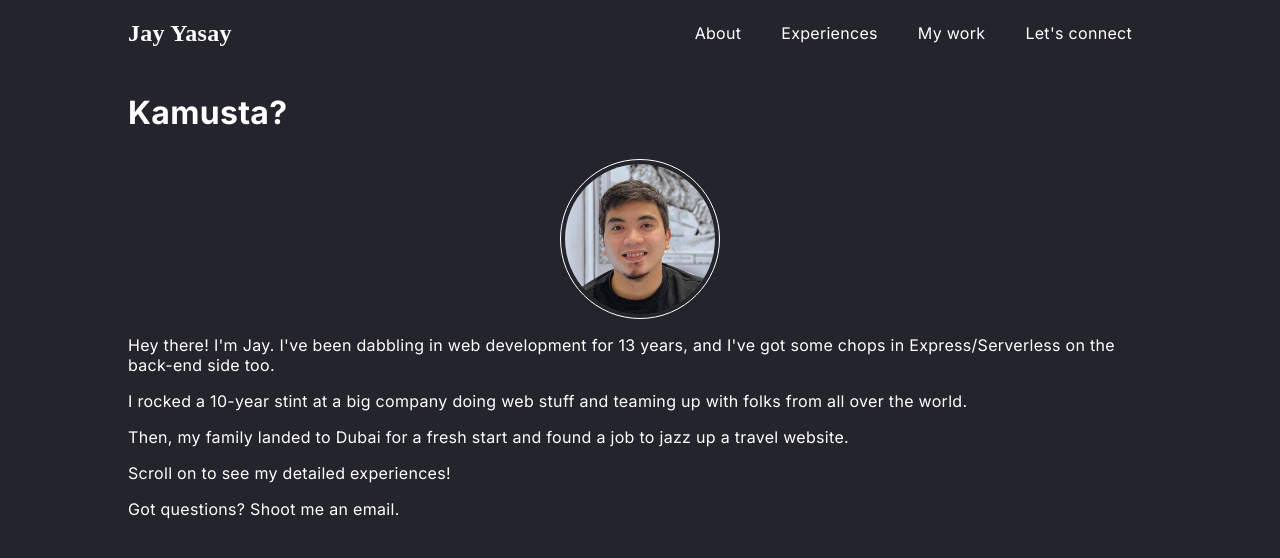
Repository: jayyasay/portfolio
Page: /about
An editor plug-in stored every save of this project. The page is shown before and after the next save, followed by the edit.
The browser window is 1280 px wide. The pictures show the whole page.
Some web fonts or font styles are not loaded; a fallback is used. The project was rebuilt for these pictures with package versions that can differ from the ones it lists, and the page was loaded fresh each time. Also part of the build but not shown: src/App.css, src/pages/Home.js.

Above is the page before, as saved 2023-09-20 10:45:09.

### src/index.css
@import url('https://fonts.googleapis.com/css2?family=Inter:wght@100;200;300;400;500;600;700;800;900&family=Skranji:wght@400;700&display=swap');

body {
  margin: 0;
  font-family: 'Inter', sans-serif;
  -webkit-font-smoothing: antialiased;
  -moz-osx-font-smoothing: grayscale;
  background-color: #23242c;
}

body * {
  letter-spacing: 0.3px;
}

h1 {
  font-family: 'Skranji', cursive;
  color: #fff;
}

code {
  font-family: source-code-pro, Menlo, Monaco, Consolas, 'Courier New',
    monospace;
}

h1, h2, h3, h4, h5, h6, p {
  color: #fff
}

h2 {
  font-size: 2rem;
}

p,a  {
  font-size: 1rem;
}

#root {
  padding: 0 20px;
}

@media screen and (min-width: 768px) {
  #root {
    padding: 0;
  }
}

### src/App.js
import './App.css';
import Navigation from './components/Navigation';
import { BrowserRouter as Router, Routes, Route } from 'react-router-dom';
import Home from './pages/Home';
import About from './pages/About';

function App() {
  return (
    <>
      <Router>
        <Navigation />
        <Routes>
          <Route path="/" element={<Home />} />
          <Route path="/about" element={<About />} />
          {/* You can add a route for Contact here when you're ready */}
        </Routes>
      </Router>
    </>
  );
}

export default App;

### src/components/Navigation.js
import React, { useState } from "react";
import styled from "styled-components";
import { Link } from "react-router-dom";

const Nav = styled.nav`
  background-color: #23242c;
  display: flex;
  flex-direction: column;

  @media screen and (min-width: 768px) {
    flex-direction: row;
  }
`;

const Wrapper = styled.div`
  @media screen and (min-width: 768px) {
    display: flex;
    flex-direction: row;
    width: 1024px;
    margin: auto;
  }
`;

const StyledLink = styled(Link)`
  display: flex;
  align-items: center;
  padding: 10px 20px;
  color: white;
  text-align: center;
  text-decoration: none;
  justify-content: center;

  @media screen and (min-width: 768px) {
    height: 100%;
    padding: 0 20px;
    &:hover {
      background-color: #ddd;
      color: black;
    }
  }
`;

const BurgerIcon = styled.span`
  display: none;
  @media screen and (max-width: 767px) {
    display: block;
    position: absolute;
    right: 20px;
    top: 24px;
    cursor: pointer;
    color: #fff;
  }
`;

const NavItems = styled.div`
  @media screen and (max-width: 767px) {
    display: flex;
    flex-direction: column;
    align-items: center;
    width: 100%;
    max-height: ${(props) =>
      props.open
        ? "100vh"
        : "0"};
    transition: max-height 0.2s ease-in-out;
    text-align: center;
    height: calc(100vh - 72.81px);
    background-color: #33363D;
    position: absolute;
    top: 72.81px;
    left: 0;
    overflow: hidden;
  }

  @media screen and (min-width: 768px) {
    align-items: center;
    margin-left: auto;
    display: flex;
  }
`;

const Navigation = () => {
  const [isOpen, setIsOpen] = useState(false);

  return (
    <Nav>
      <Wrapper>
        <h1>Jay Yasay</h1>
        <BurgerIcon onClick={() => setIsOpen(!isOpen)}>☰</BurgerIcon>
        <NavItems open={isOpen}>
          <StyledLink to="/about" onClick={() => setIsOpen(!isOpen)}>
            About
          </StyledLink>
          <StyledLink to="/experiences" onClick={() => setIsOpen(!isOpen)}>
            Experiences
          </StyledLink>
          <StyledLink to="/my-work" onClick={() => setIsOpen(!isOpen)}>
            My work
          </StyledLink>
          <StyledLink to="/contact" onClick={() => setIsOpen(!isOpen)}>
            Let's connect
          </StyledLink>
        </NavItems>
      </Wrapper>
    </Nav>
  );
};

export default Navigation;

### src/pages/About.js
import styled from "styled-components";
import jay from "../assets/jay.jpg";

const AboutWrapper = styled.div`
  @media screen and (min-width: 768px) {
    max-width: 1024px;
    margin: auto;
  }
`;

const MyPhoto = styled.img`
  width: 150px;
  height: 150px;
  border-radius: 50%;
  border: 1px solid #fff;
  object-fit: cover;
  padding: 4px;
`;

const InnerWrapper = styled.div`
  display: flex;
  flex-direction: row;

  @media screen and (min-width: 768px) {
    flex-direction: column;
    align-items: center;
  }
`;

const TextWrapper = styled.div``;

const Home = () => {
  return (
    <>
      <AboutWrapper>
        <h2>Kamusta?</h2>
        <InnerWrapper>
          <MyPhoto src={jay} alt="Jay" />
          <TextWrapper>
            <p>
              Hey there! I'm Jay. I've been dabbling in web development for 13
              years, and I've got some chops in Express/Serverless on the
              back-end side too.
            </p>
            <p>
              I rocked a 10-year stint at a big company doing web stuff and
              teaming up with folks from all over the world.
            </p>
            <p>
              Then, my family landed to Dubai for a fresh start and found a job
              to jazz up a travel website.
            </p>
            <p>Scroll on to see my detailed experiences!</p>
            <p>Got questions? Shoot me an email.</p>
          </TextWrapper>
        </InnerWrapper>
      </AboutWrapper>
    </>
  );
};

export default Home;

Loaded but not shown: public/index.html (common file); src/index.js (common file); src/reportWebVitals.js (common file)

After the next save:
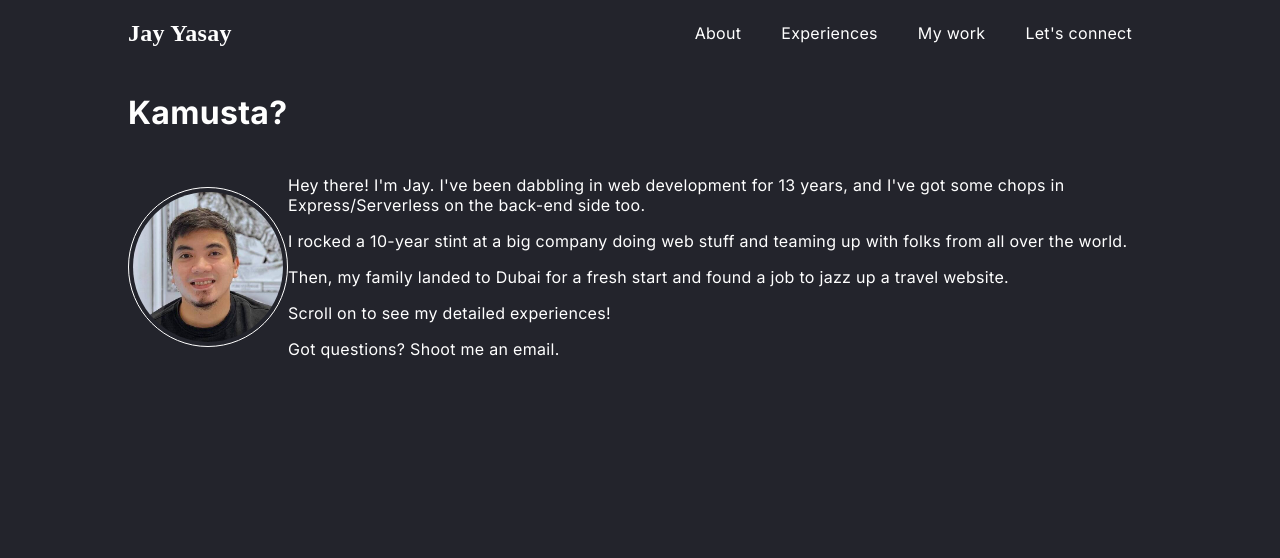
Saved 19 s later.
--- a/src/pages/About.js
+++ b/src/pages/About.js
@@ -19,10 +19,10 @@
 
 const InnerWrapper = styled.div`
   display: flex;
-  flex-direction: row;
+  flex-direction: column;
 
   @media screen and (min-width: 768px) {
-    flex-direction: column;
+    flex-direction: row;
     align-items: center;
   }
 `;
